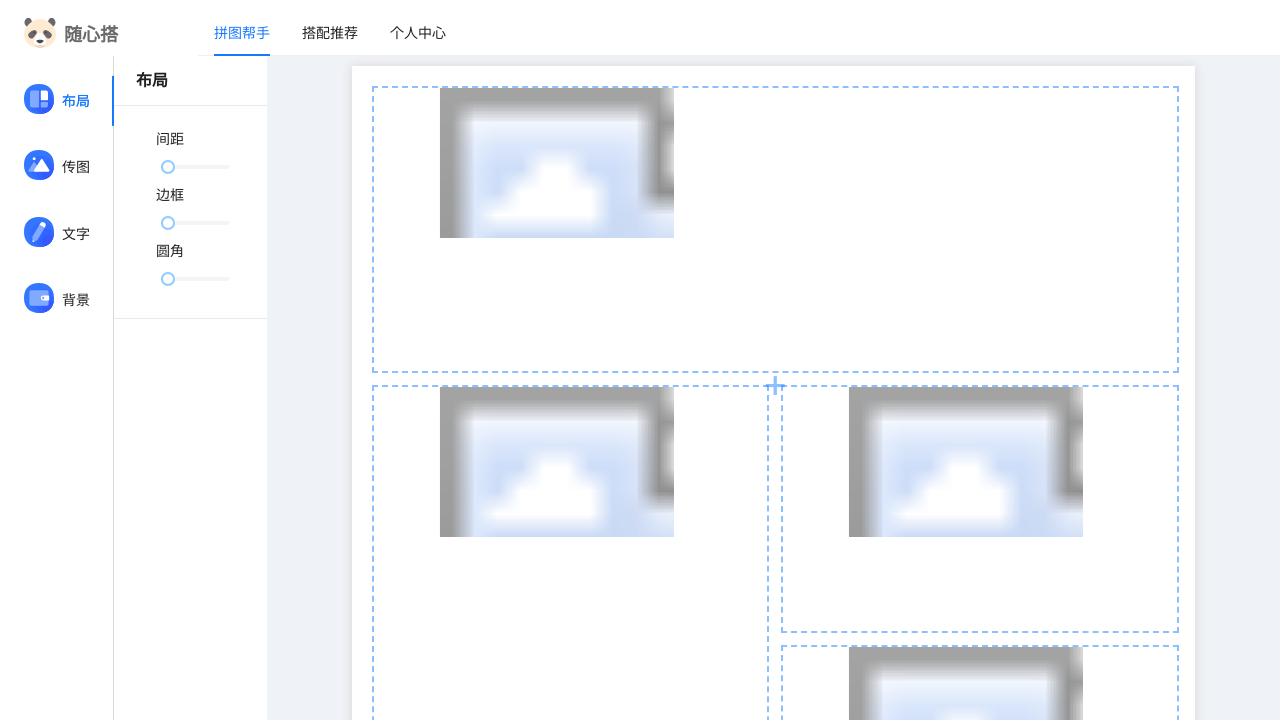
Repository: zzq1101921989/low-code
Page: /
These files come from the project's save history. The page is drawn as it stood at one moment and after the next save; the edit follows.
The browser window is 1280 px wide. The pictures show the whole page.
The project was rebuilt for these pictures with package versions that can differ from the ones it lists, and the page was loaded fresh each time. Also part of the build but not shown: vite.config.ts, src/pages/admin/index.tsx, src/components/icon/ClothesIcon.tsx, src/components/icon/HairIcon.tsx, src/components/icon/PantsIcon.tsx, src/components/icon/ShoeIcon.tsx, src/pages/recommend/index.tsx.

Above is the page before, as saved 2023-05-16 21:21:27.

After the next save:
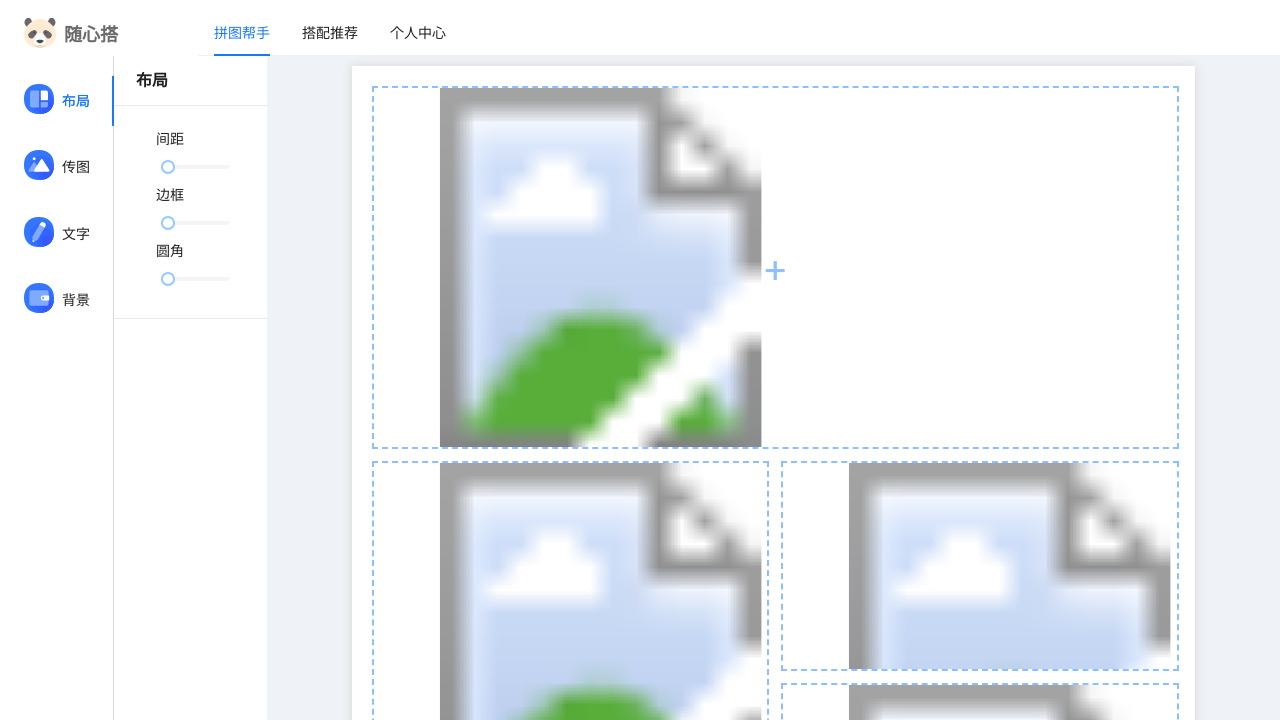
Saved 79 s later.
--- a/src/pages/home/components/ItemBox/index.module.less
+++ b/src/pages/home/components/ItemBox/index.module.less
@@ -22,6 +22,13 @@
         color: #1e80ff80;
         user-select: none
     }
+    >svg{
+        height: 100%;
+        width: 100%;
+        position: absolute;
+        left: 0;
+        top: 0;
+    }
     &:hover {
         border: 2px solid #2354f4 !important;
         .close {
